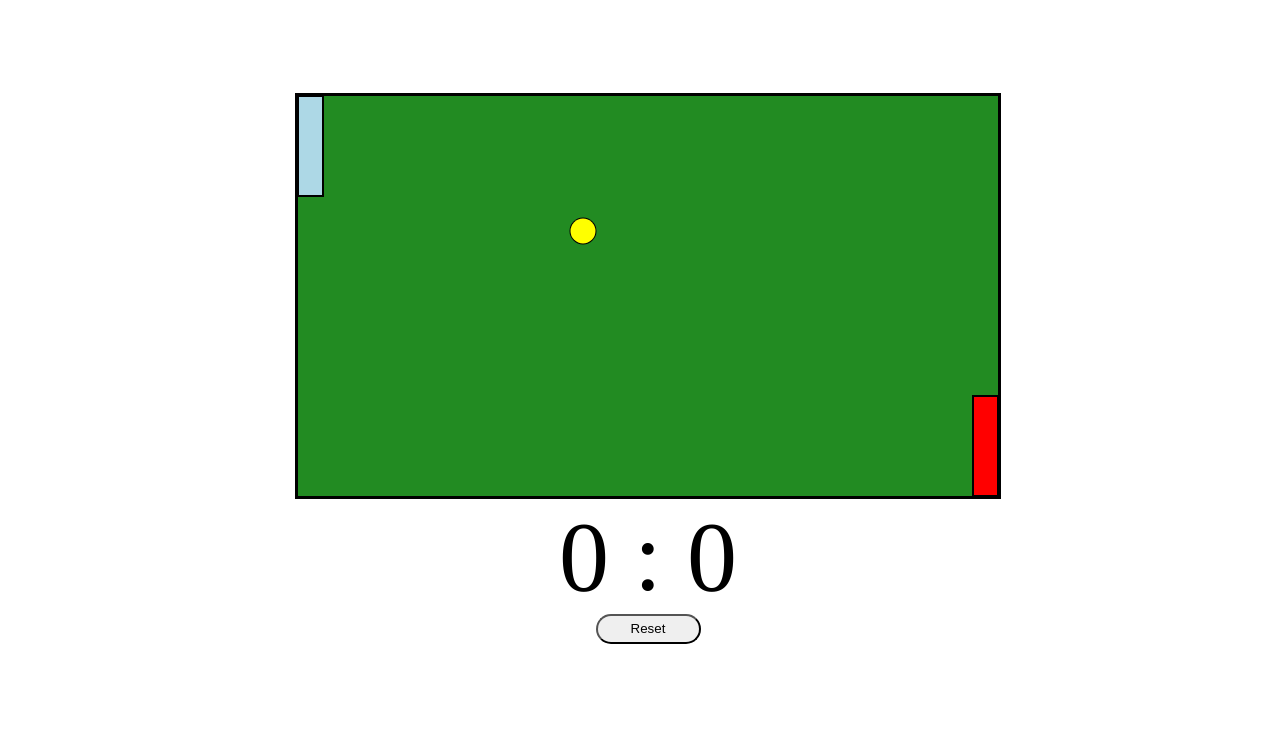
Repository: zacheys123/ping-pong
Page: index.html
These files come from the project's save history. The page is drawn as it stood at one moment and after the next save; the edit follows.
The browser window is 1280 px wide. The page is 1288 px wide, so the pictures cover 1288 px, including what lies to the right of the window. The pictures show the whole page.

Above is the page before, as saved 2023-07-01 00:12:31.

After the next save:
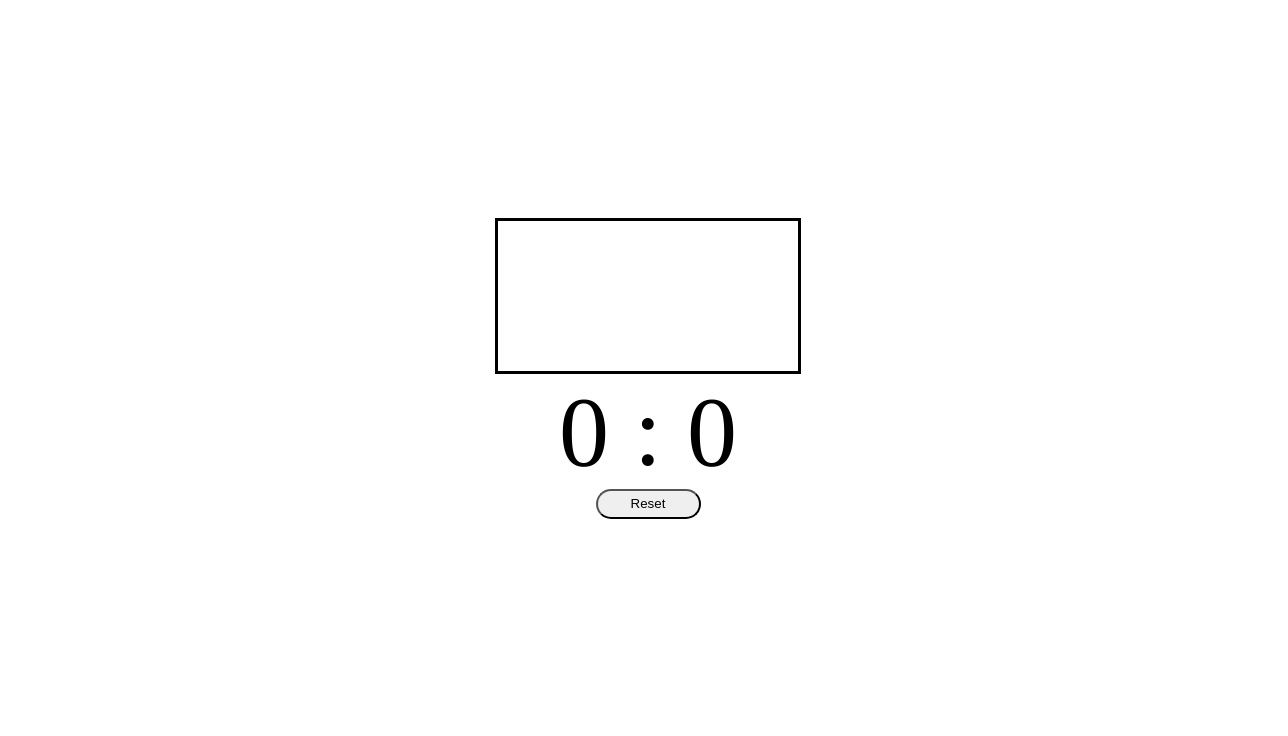
Console error: SyntaxError: Unexpected token ')'
Saved 96 s later.
--- a/index.js
+++ b/index.js
@@ -108,7 +108,9 @@
 	ballX += ballspeed * ballXdirection;
 	ballY += ballspeed * ballYdirection;
 }
-function checkCollision() {}
+function checkCollision() {
+    if()
+}
 function drawPaddles() {
 	ctx.strokeStyle = paddleBorder;
 	ctx.fillStyle = paddle1color;

After the 3 saves that followed:
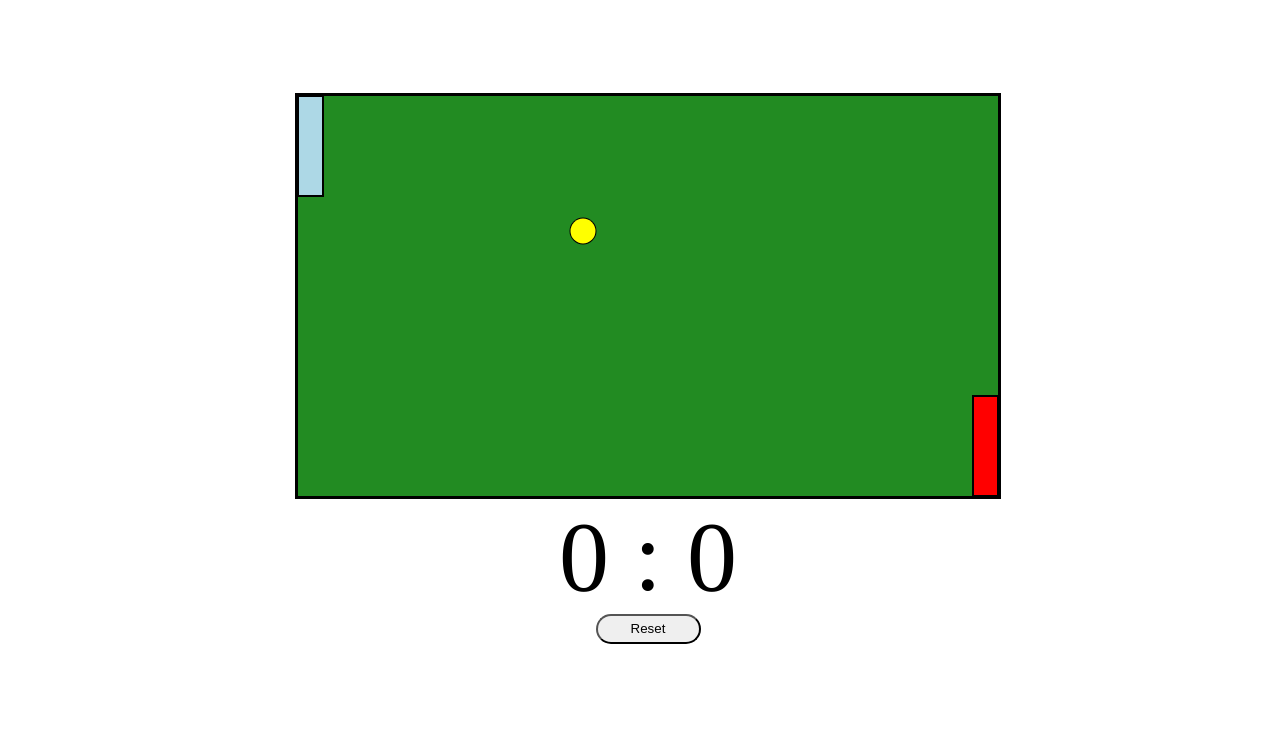
The error is gone.
The 3 saves are shown as one change because 2 left the picture as it was.
The last was saved 105 s later.
--- a/index.js
+++ b/index.js
@@ -109,7 +109,9 @@
 	ballY += ballspeed * ballYdirection;
 }
 function checkCollision() {
-    if()
+	if (ballY - ballradius <= 0) {
+		ballYdirection *= -1;
+	}
 }
 function drawPaddles() {
 	ctx.strokeStyle = paddleBorder;
